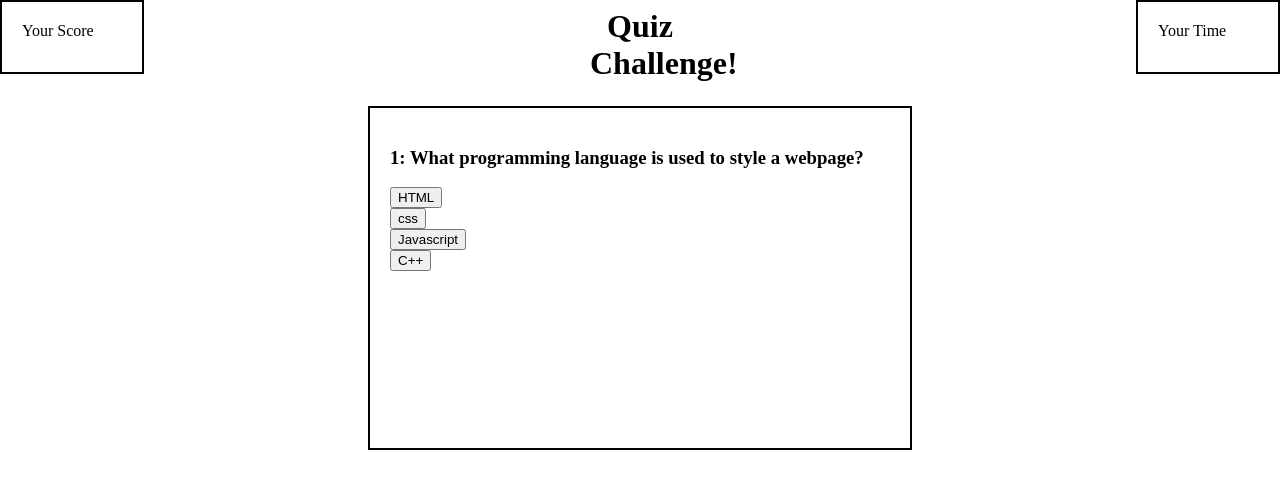
Repository: s88leigh/Quiz-Challenge
Page: index.html
The author's editor kept a copy of each file at every save. The page is drawn from the files as they stood at one save, then again after the next save.
The browser window is 1280 px wide. The pictures show the whole page.

Above is the page before, as saved 2019-10-19 20:58:52.

### index.html
<!DOCTYPE html>
<html lang="en">

<head>
    <meta charset="UTF-8">
    <meta name="viewport" content="width=device-width, initial-scale=1.0">
    <meta http-equiv="X-UA-Compatible" content="ie=edge">
    <link rel="stylesheet" type="text/css" href="style.css">
    <title>Quiz</title>


</head>

<body>
    <div id="scoreBox">Your Score</div>

    <h1 id="title">Quiz Challenge!</h1>
    <br>
    <div id="question-box">

        <h3 id="question">question</h3>
        <div id="answers"></div>

    </div>

    <div id="timer-box">Your Time</div>



    <script src="./script.js"></script>


</body>

</html>

### style.css
#scoreBox {
  width: 100px;
  height: 30px;
  padding: 20px;
  margin: auto;
  position: absolute;
    left: 0;
    top: 0;
  border: 2px solid black;
  text-align: center, top;

}

#title {
    width: 100px;
    height: 50px;
    margin: auto;
    margin-bottom: 30px;
    text-align: center;
}

#question-box {
    width: 500px;
    height:300px;
    padding: 20px;
    margin: auto;
    border: 2px solid black;
}

#timer-box {
  width: 100px;
  height: 30px;
  padding: 20px;
  margin: auto;
  position: absolute;
    right: 0;
    top: 0;
  border: 2px solid black;

}

### script.js
// var btn1 = document.getElementById("btn1");
// var btn2 = document.getElementById("btn2");
// var btn3 = document.getElementById("btn3");
// var btn4 = document.getElementById("btn4");
var currQuestionDiv = document.getElementById("question");
var answersDiv = document.getElementById("answers");

var questions = [
    {
        questionText: "1: What programming language is used to style a webpage?",
        choices: ["HTML", "css", "Javascript", "C++"],
        answer: "css"
    },
    {
        questionText: "Which one is a DOM element?",
        choices: ["Attribute", "String", "addEventListener", "Number"],
        answer: "addEventListener"
    },
    {
        questionText: "Which is a DOM attribute?",
        choices: ["value", "onClick", "Children", "Class"],
        answer: "value"
    },
    {
        questionText: "What is the standard markup language for web pages?",
        choices: ["Python", "JAVA", "C++", "HTML"],
        answer: "HTML"
    },
    {
        questionText: "What is the first child of an HTML element?",
        choices: ["head", "body", "div", "footer"],
        answer: "head"
    }
];



var counter = 0;
var questIndex = 0;
var seconds
var timerInterval;

function startTimer(){
    clearInterval(timerInterval);
    seconds = 0;
    timerInterval = setInterval(function(){
        console.log(seconds, timerInterval);
        seconds++;
        // if(seconds ===){
        //     clearInterval(timerInterval);
        //     questIndex++;
            if(questIndex > questions.length){
                clearInterval(timerInterval);
                questionText();
            }
        }
    , 1000);

}
function questionText() {
    startTimer();

    var currentQuestion = questions[questIndex];
    currQuestionDiv.innerText = currentQuestion.questionText;

    answersDiv.innerHTML = "";
    for (var i = 0; i < currentQuestion.choices.length; i++) {
        var button = document.createElement("button");
        var newline = document.createElement("br");

        button.innerText = currentQuestion.choices[i];
        button.onclick = clickButton;
        button.setAttribute("value", currentQuestion.choices[i])

        answersDiv.appendChild(button)
        answersDiv.appendChild(newline)
    }
};

function clickButton() {
    var choice = this.value;

    if(choice === questions[questIndex].answer){
        alert("Correct");
        questIndex++;
        counter = counter + 1;
        alert ("yay, you've got  "  + counter+"/ 5" + "right!");

        questionText();

    } else {
        alert("Incorrect!")
        questIndex++;
        questionText();
    }

}

questionText()

After the next save:
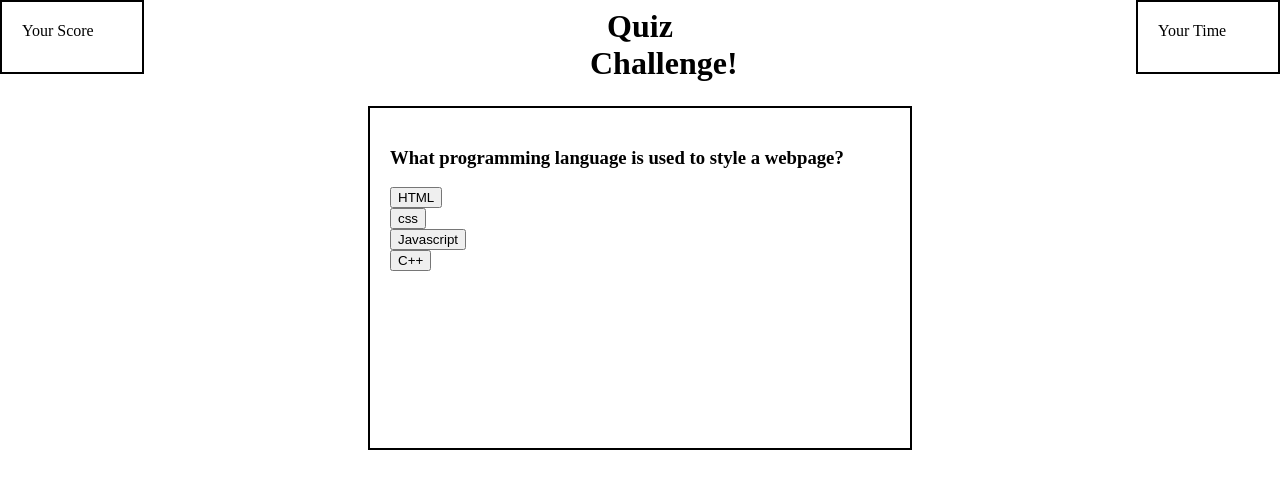
Saved 4 s later.
--- a/script.js
+++ b/script.js
@@ -7,7 +7,7 @@ var answersDiv = document.getElementById("answers");
 
 var questions = [
     {
-        questionText: "1: What programming language is used to style a webpage?",
+        questionText: "What programming language is used to style a webpage?",
         choices: ["HTML", "css", "Javascript", "C++"],
         answer: "css"
     },
